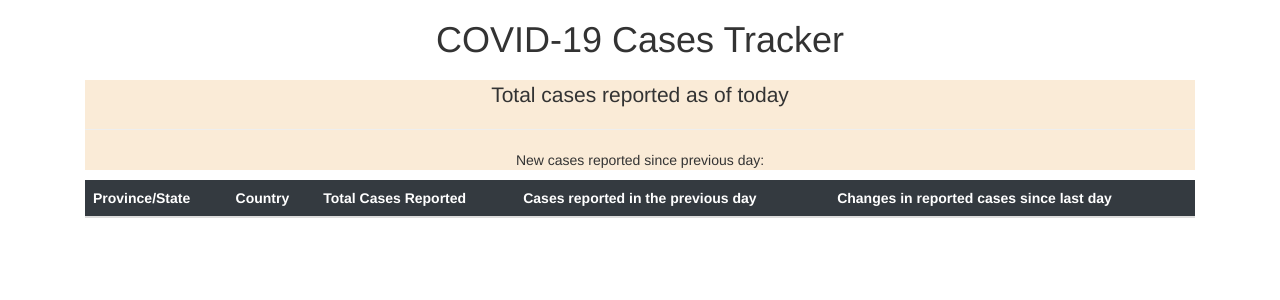
Repository: kimjuneyoung5/Bootcamp-Java
Page: http://localhost/CovidTrackingApp/WEB-INF/cases.jsp
These files come from the project's save history. The page is drawn as it stood at one moment and after the next save; the edit follows.
The browser window is 1280 px wide. The pictures show the whole page.
The page is served by Tomcat 9. Nobody is signed in. Other server files are loaded and not shown. The template is opened directly, without the code that normally fills it, so the values that code supplies are empty.

Above is the page before, as saved 2021-10-02 06:02:56.

### oop/CovidTrackingApp/src/main/webapp/WEB-INF/cases.jsp
<%@ page language="java" contentType="text/html; charset=UTF-8"
    pageEncoding="UTF-8"%>
<%@ taglib prefix="c" uri="http://java.sun.com/jsp/jstl/core" %>
<%@ taglib prefix="fmt" uri="http://java.sun.com/jsp/jstl/fmt" %>
<%@ taglib prefix="form" uri="http://www.springframework.org/tags/form"%>
<%@ page isErrorPage="true" %>
<!DOCTYPE html>

<html xmlns:th="http://www.thymeleaf.org">

<head>
    <title>COVID-19 Cases Tracker</title>
    <meta http-equiv="Content-Type" content="text/html; charset=UTF-8" />
    <link rel="stylesheet" href="https://stackpath.bootstrapcdn.com/bootstrap/4.4.1/css/bootstrap.min.css" integrity="sha384-Vkoo8x4CGsO3+Hhxv8T/Q5PaXtkKtu6ug5TOeNV6gBiFeWPGFN9MuhOf23Q9Ifjh" crossorigin="anonymous">
    <link rel="stylesheet"
		href="https://maxcdn.bootstrapcdn.com/bootstrap/3.3.7/css/bootstrap.min.css" />
    <style>
    	.container{
    		text-align:center;
    	}
    	.container1{
    		text-align:center;
    		background-color: antiquewhite;
    	}
    	.display{
    		line-height:1.2;
    	}
    	.line{
    		margin-top:1.5rem!important;
    	}
    </style>
</head>

<body>
<div class="container">
<h1>COVID-19 Cases Tracker</h1>

	<div class="container1">
    	<h1 class="display"><c:out value="${totalReportedCases}"/></h1>
    	<p class="lead">Total cases reported as of today</p>
    	<hr class="line">
    	<p>
        	<span>New cases reported since previous day:</span>
        	<span><c:out value="${totalNewCases}" /></span>
    	</p>
	</div>
    <table class="table table-dark">
    	<thead>
        	<tr>
            	<th>Province/State</th>
            	<th>Country</th>
            	<th>Total Cases Reported</th>
            	<th>Cases reported in the previous day</th>
            	<th>Changes in reported cases since last day</th>
        	</tr>
        </thead>
        <tbody>
        	<c:forEach var="casesStat"  items="${casesStats}">
        		<tr>
        			<c:if test="${casesStat.provinceState == ''}">
            			<td><c:out value="${casesStat.countryRegion}"/></td>
            		</c:if>
            		<c:if test="${casesStat.provinceState != ''}">
            			<td><c:out value="${casesStat.provinceState}"/></td>
            		</c:if>
            		<td><c:out value="${casesStat.countryRegion}"/></td>
            		<td><c:out value="${casesStat.latestTotalCases}"/></td>
            		<td><c:out value="${casesStat.prevDayCases}"/></td>
            		<td><c:out value="${casesStat.diffFromPrevDay}"/></td>
        		</tr>
        	</c:forEach>
        </tbody>
    </table>
</div>
</body>

</html>

After the next save:
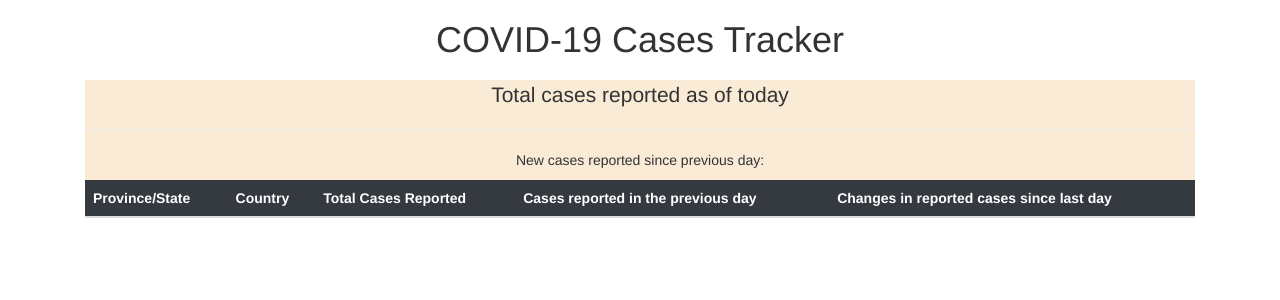
Saved 39 s later.
--- a/oop/CovidTrackingApp/src/main/webapp/WEB-INF/cases.jsp
+++ b/oop/CovidTrackingApp/src/main/webapp/WEB-INF/cases.jsp
@@ -43,7 +43,7 @@
         	<span>New cases reported since previous day:</span>
         	<span><c:out value="${totalNewCases}" /></span>
     	</p>
-	</div>
+
     <table class="table table-dark">
     	<thead>
         	<tr>
@@ -71,7 +71,7 @@
         	</c:forEach>
         </tbody>
     </table>
-</div>
+	</div>
+	</div>
 </body>
-
 </html>

After the 2 saves that followed:
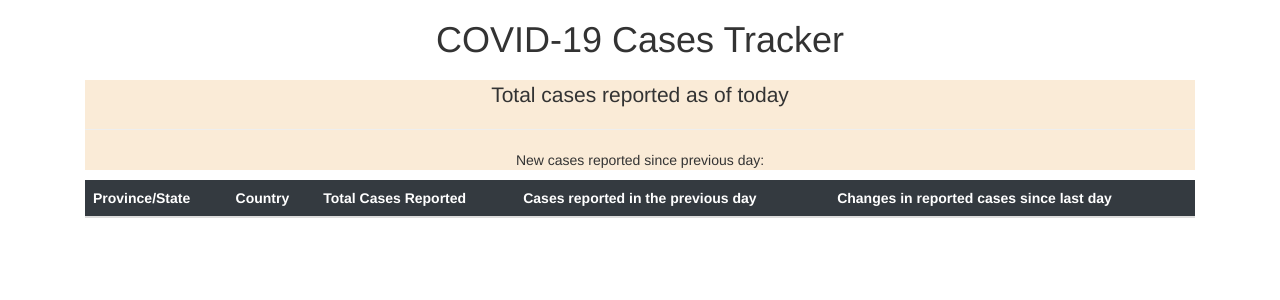
The 2 saves are shown as one change because 1 left the picture as it was.
The last was saved 37 s later.
--- a/oop/CovidTrackingApp/src/main/webapp/WEB-INF/cases.jsp
+++ b/oop/CovidTrackingApp/src/main/webapp/WEB-INF/cases.jsp
@@ -43,7 +43,7 @@
         	<span>New cases reported since previous day:</span>
         	<span><c:out value="${totalNewCases}" /></span>
     	</p>
-
+	</div>
     <table class="table table-dark">
     	<thead>
         	<tr>
@@ -71,7 +71,6 @@
         	</c:forEach>
         </tbody>
     </table>
-	</div>
-	</div>
+</div>
 </body>
 </html>
